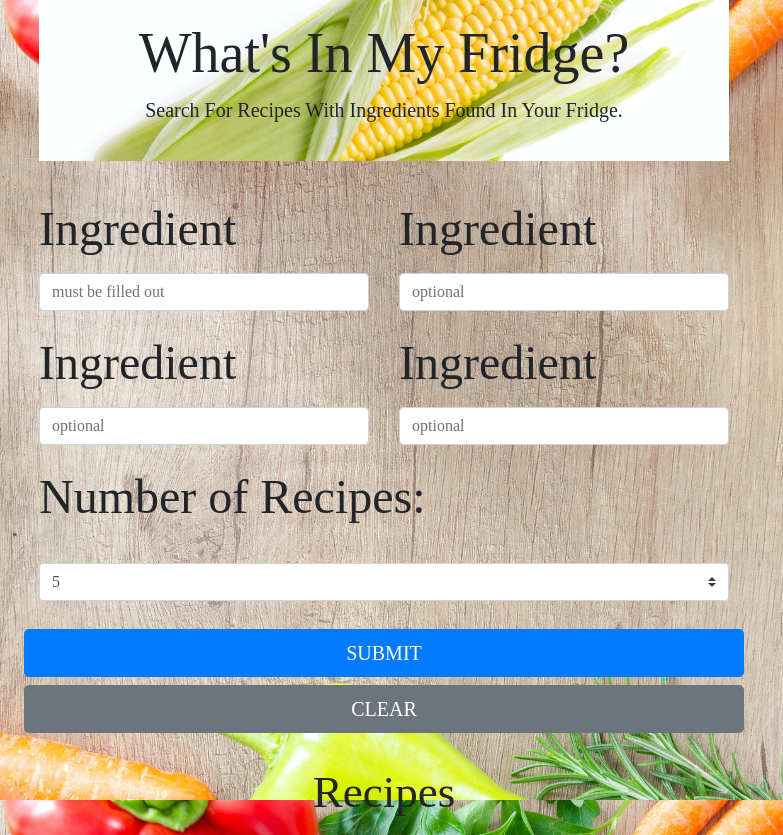
Repository: ogipajic/Recipe_API
Page: index.html
These files come from the project's save history. The page is drawn as it stood at one moment and after the next save; the edit follows.
The browser window is 768 px wide. The page is 783 px wide, so the pictures cover 783 px, including what lies to the right of the window. The pictures show the whole page.
Backgrounds fixed to the window are drawn as part of the page. Some web fonts or font styles are not loaded; a fallback is used.

Above is the page before, as saved 2020-07-09 21:11:22.
Console error: SyntaxError: Unexpected identifier 'settings'

After the next save:
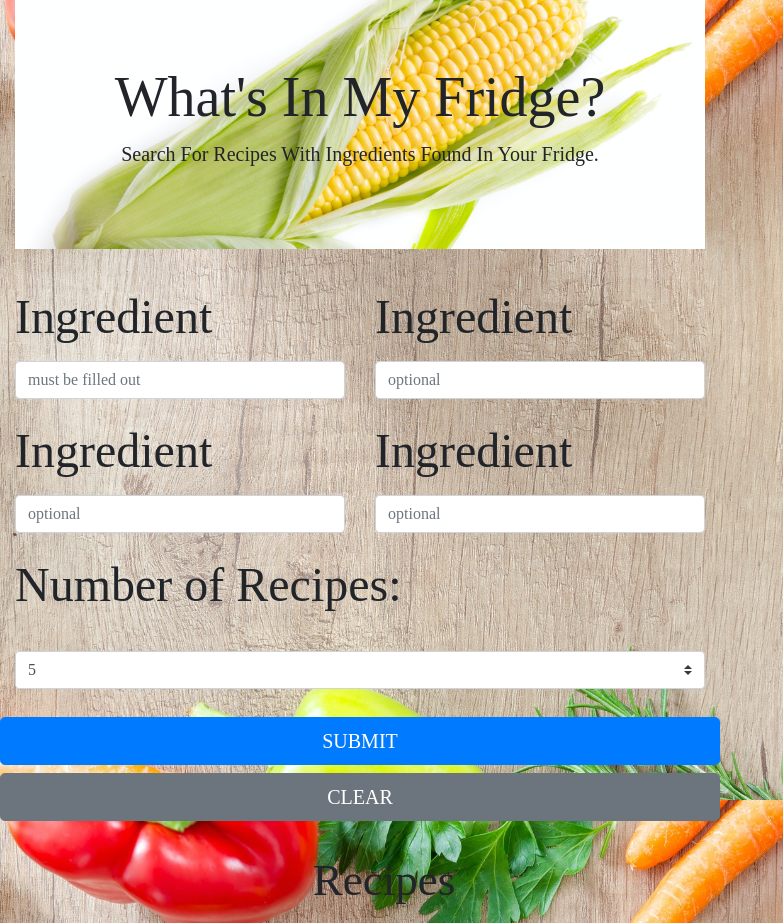
Saved 22 min 57 s later.
--- a/stylesheet.css
+++ b/stylesheet.css
@@ -39,8 +39,10 @@ body {
 
 
   @media screen and (max-width: 768px) {
-    .jumbotron {
-      padding-top:20px;
-      padding-bottom:20px;
+    .container {
+      width:100%;
+      margin:0;
+      border-radius:0;
+
     }
   }
